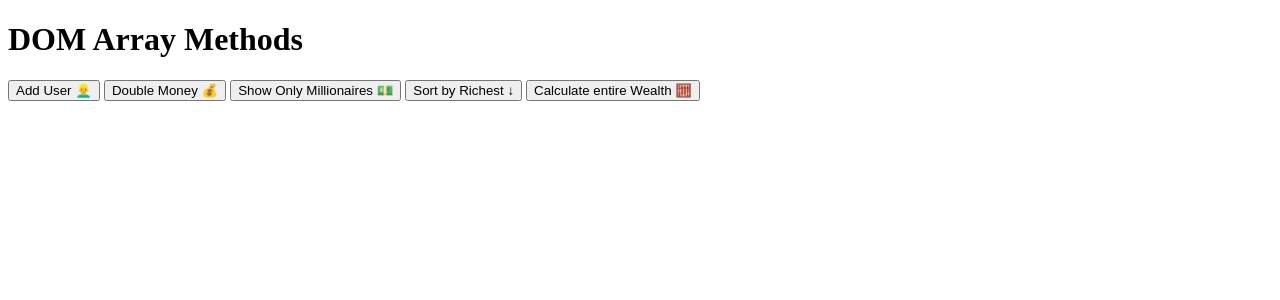
Repository: AbrorjonKuchkarov/DOM-Array-Methods
Page: index.html
An editor plug-in stored every save of this project. The page is shown before and after the next save, followed by the edit.
The browser window is 1280 px wide. The pictures show the whole page.

Above is the page before, as saved 2022-02-24 15:28:46.

After the next save:
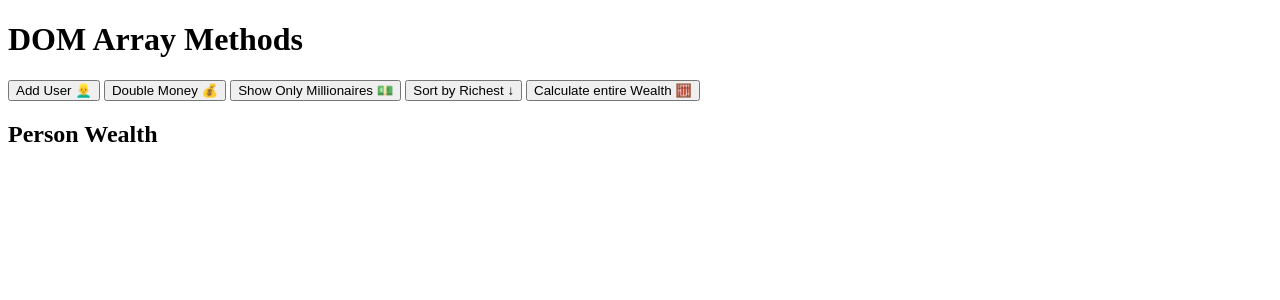
Saved 34 s later.
--- a/index.html
+++ b/index.html
@@ -18,6 +18,10 @@
             <button id="calculate-wealth">Calculate entire Wealth 🧮</button>
          </aside>
 
+         <main id="main">
+            <h2><strong>Person</strong> Wealth</h2>
+         </main>
+
 
       </div>
 
